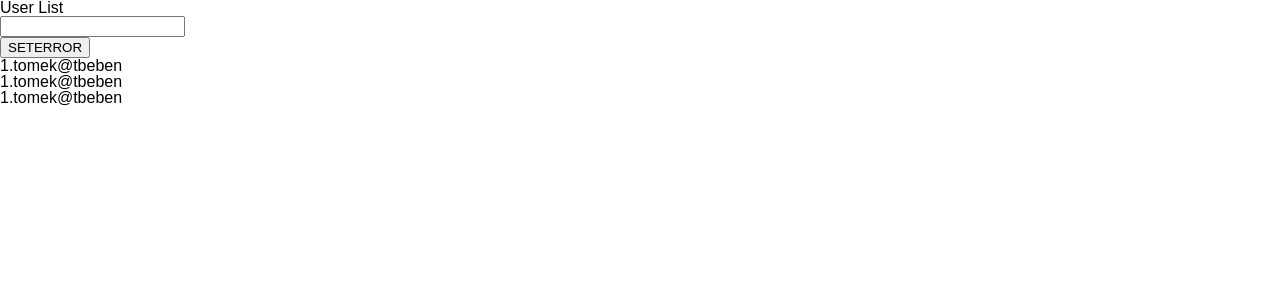
Repository: TomaszBeben/FirstTypescript
Page: /
An editor plug-in stored every save of this project. The page is shown before and after the next save, followed by the edit.
The browser window is 1280 px wide. The pictures show the whole page.
The page's requests for data from a server got no answer. The project was rebuilt for these pictures with package versions that can differ from the ones it lists, and the page was loaded fresh each time. No one was signed in, and anything a server would have sent is missing.

Above is the page before, as saved 2021-12-11 14:18:47.

After the next save:
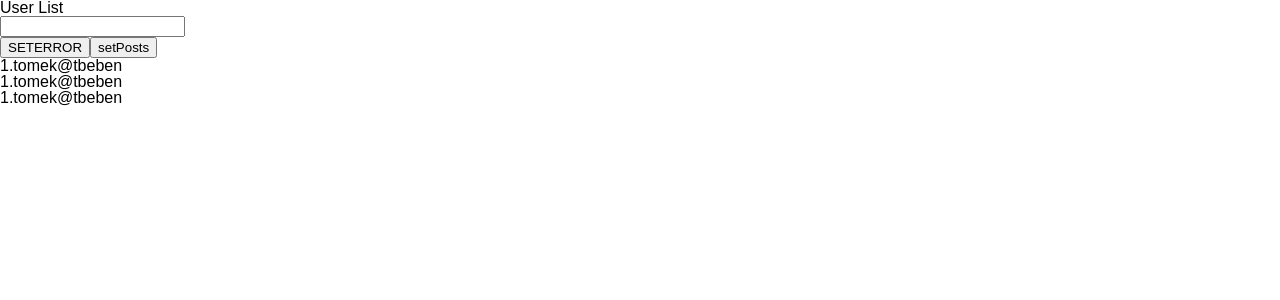
Saved 2 min 45 s later.
--- a/src/components/list/List.tsx
+++ b/src/components/list/List.tsx
@@ -6,28 +6,37 @@ type Posts = {
     name: String;
     username: String;
 }
-const defaultPosts:Posts[] = [];
+const defaultPosts: Posts[] = [];
 
 const List = () => {
     const [posts, setPosts]: [Posts[], (posts: Posts[]) => void] = useState(defaultPosts);
     const [loading, setLoading]: [boolean, (loading: boolean) => void] = useState < boolean > (true);
     const [error, setError]: [string, (error: string) => void] = useState("");
 
+    const func = () => {
+        setPosts({
+            id: 2,
+            name: 'tom',
+            username: 'tbeben',
+        })
+    }
     console.log(error);
+    console.log(posts);
     return (
         <ul>
-            <button onClick={() => {setError('2')}}>SETERROR</button>
-            <li style={{display: 'flex', flexDirection: 'row'}}>
+            <button onClick={() => { setError('2') }}>SETERROR</button>
+            <button onClick={() => { func() }}>setPosts</button>
+            <li style={{ display: 'flex', flexDirection: 'row' }}>
                 <p>1.</p>
                 <h1>tomek</h1>
                 <p>@tbeben</p>
             </li>
-            <li style={{display: 'flex', flexDirection: 'row'}}>
+            <li style={{ display: 'flex', flexDirection: 'row' }}>
                 <p>1.</p>
                 <h1>tomek</h1>
                 <p>@tbeben</p>
             </li>
-            <li style={{display: 'flex', flexDirection: 'row'}}>
+            <li style={{ display: 'flex', flexDirection: 'row' }}>
                 <p>1.</p>
                 <h1>tomek</h1>
                 <p>@tbeben</p>
